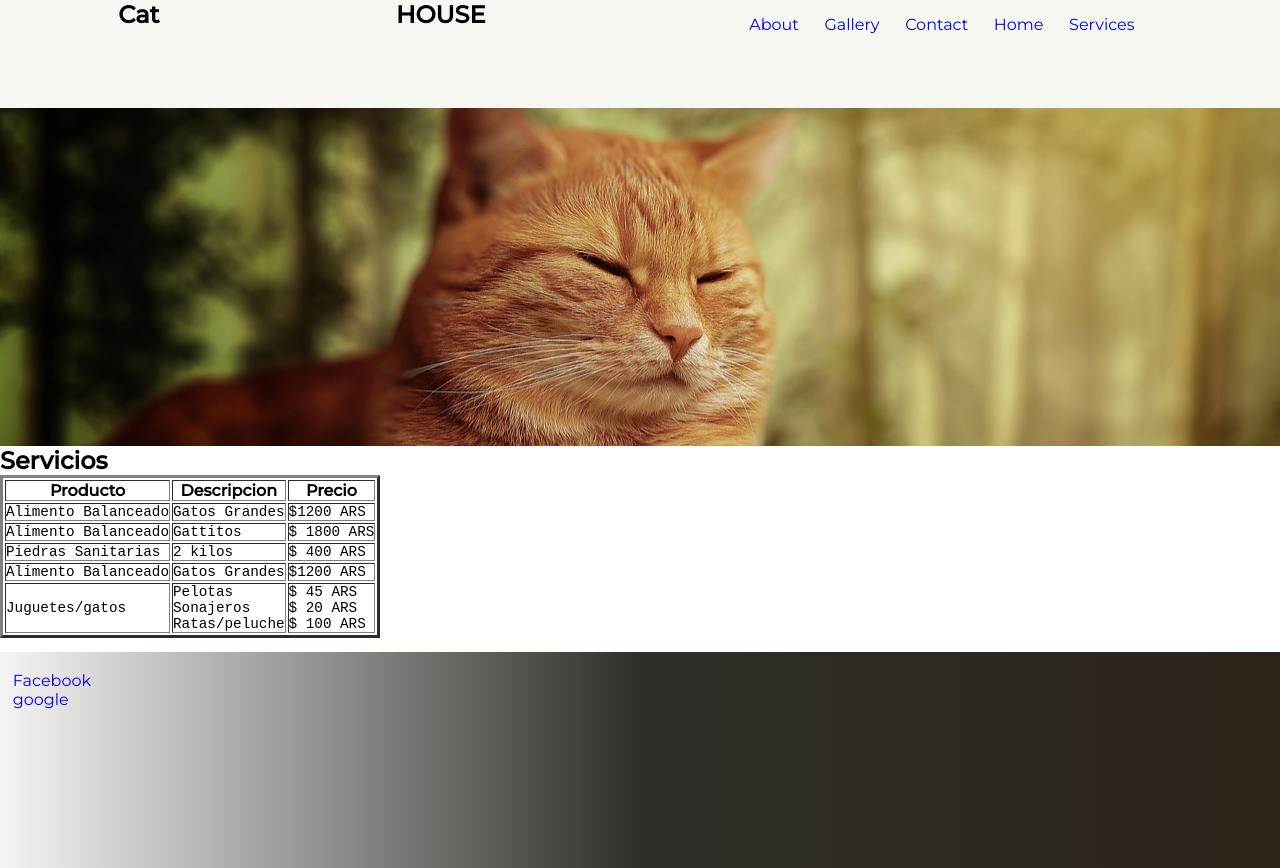
Repository: raul4264/final
Page: Services.html
An editor plug-in stored every save of this project. The page is shown before and after the next save, followed by the edit.
The browser window is 1280 px wide. The pictures show the whole page.

Above is the page before, as saved 2021-04-02 11:17:31.

After the next save:
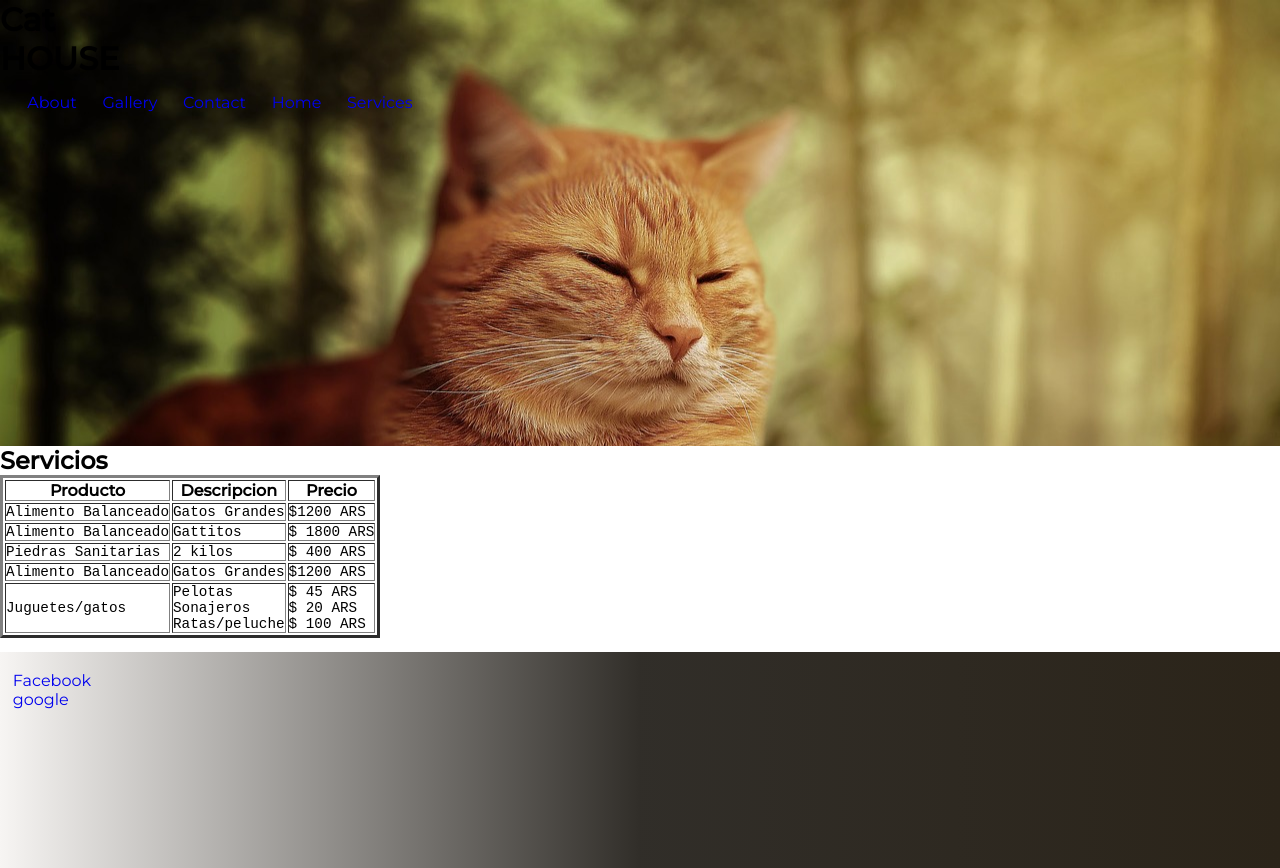
Saved 36 s later.
--- a/Services.html
+++ b/Services.html
@@ -16,7 +16,7 @@
             <header>
                 <div class="banner">
 
-                    <nav id="nav">
+
 
                         <div class="item1">
                             <h1>Cat</h1>
@@ -34,7 +34,7 @@
                             <li class=""><a href="index.html">Home</a></li>
                             <li class=""><a href="Services.html ">Services</a></li>
                         </ul>
-                    </nav>
+
                 </div>
 
             </header>

After the save that followed:
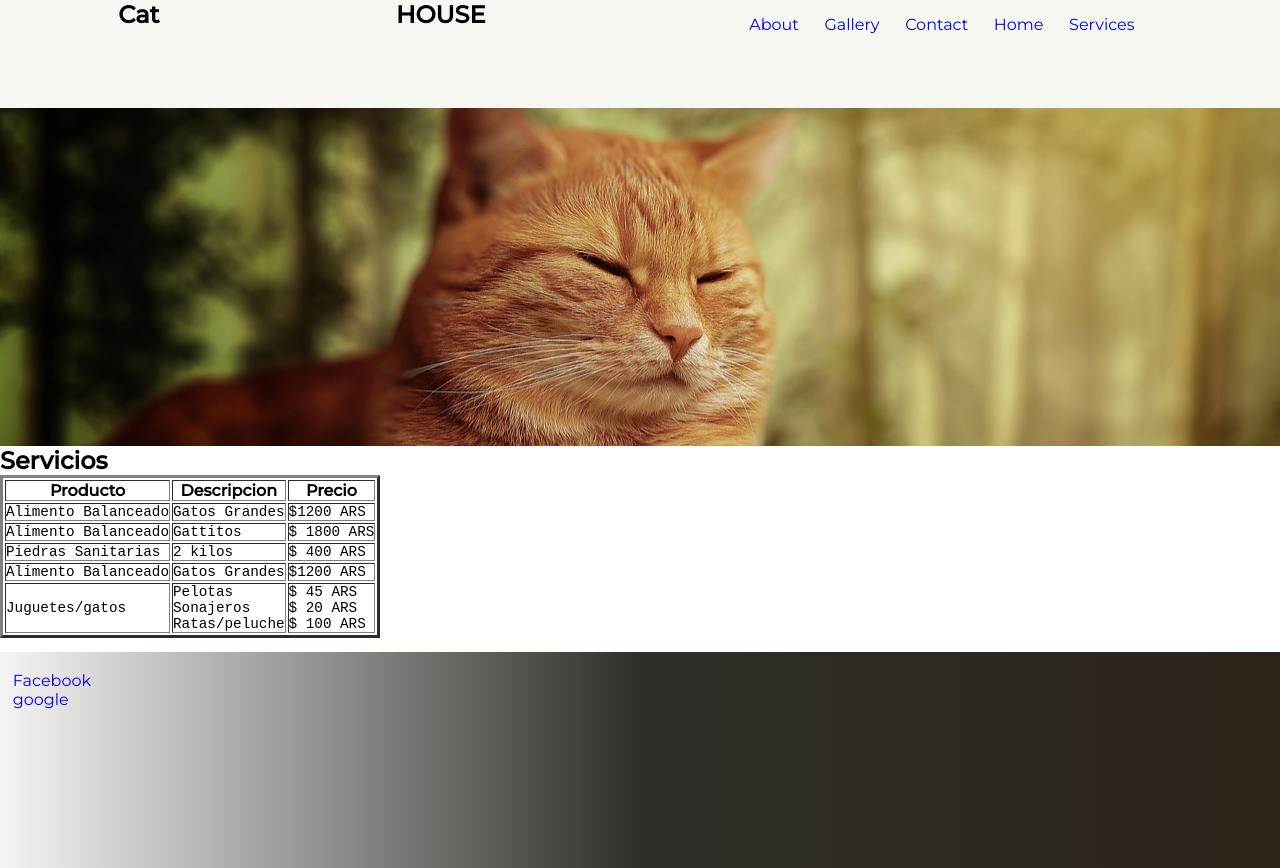
Saved 23 s later.
--- a/Services.html
+++ b/Services.html
@@ -16,7 +16,7 @@
             <header>
                 <div class="banner">
 
-
+                    <nav id="nav">
 
                         <div class="item1">
                             <h1>Cat</h1>
@@ -34,7 +34,7 @@
                             <li class=""><a href="index.html">Home</a></li>
                             <li class=""><a href="Services.html ">Services</a></li>
                         </ul>
-
+                    </nav>
                 </div>
 
             </header>
